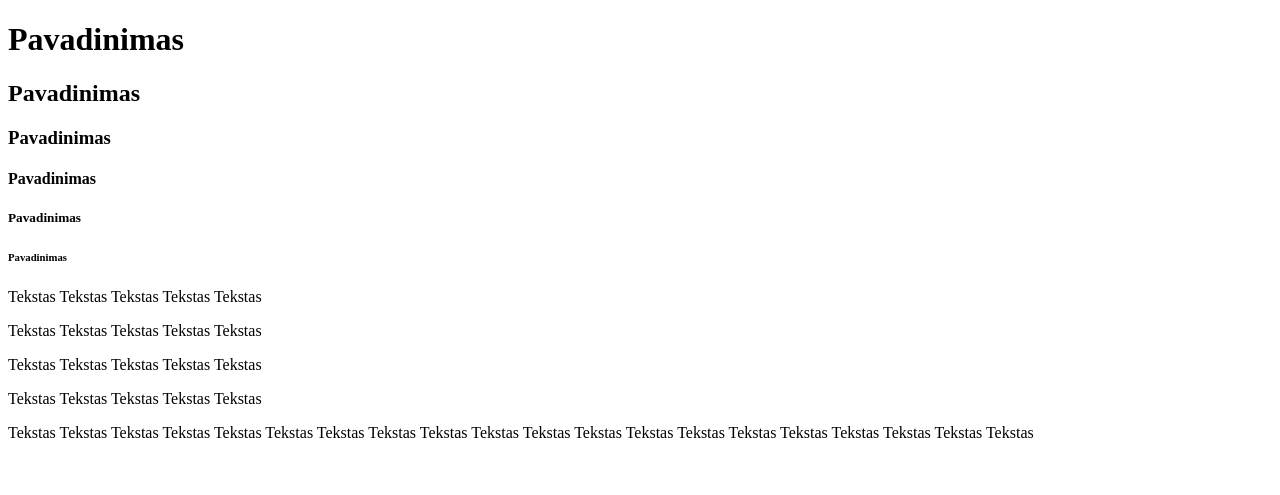
Repository: motiejus1/01-paskait
Page: pirmas.html
The author's editor kept a copy of each file at every save. The page is drawn from the files as they stood at one save, then again after the next save.
The browser window is 1280 px wide. The pictures show the whole page.

Above is the page before, as saved 2021-05-31 20:32:19.

After the next save:
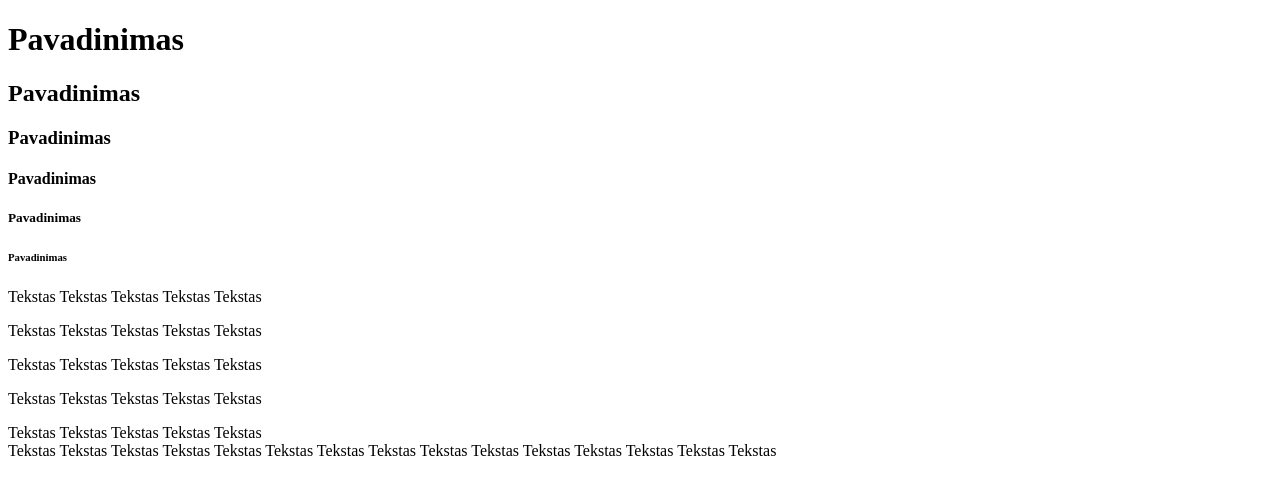
Saved 51 s later.
--- a/pirmas.html
+++ b/pirmas.html
@@ -22,7 +22,7 @@
         <p>Tekstas Tekstas Tekstas Tekstas Tekstas</p>
         <p>Tekstas Tekstas Tekstas Tekstas Tekstas</p>
 
-        <span>Tekstas Tekstas Tekstas Tekstas Tekstas</span>
+        <span>Tekstas Tekstas Tekstas Tekstas Tekstas</span><br>
         <span>Tekstas Tekstas Tekstas Tekstas Tekstas</span>
         <span>Tekstas Tekstas Tekstas Tekstas Tekstas</span>
         <span>Tekstas Tekstas Tekstas Tekstas Tekstas</span>
